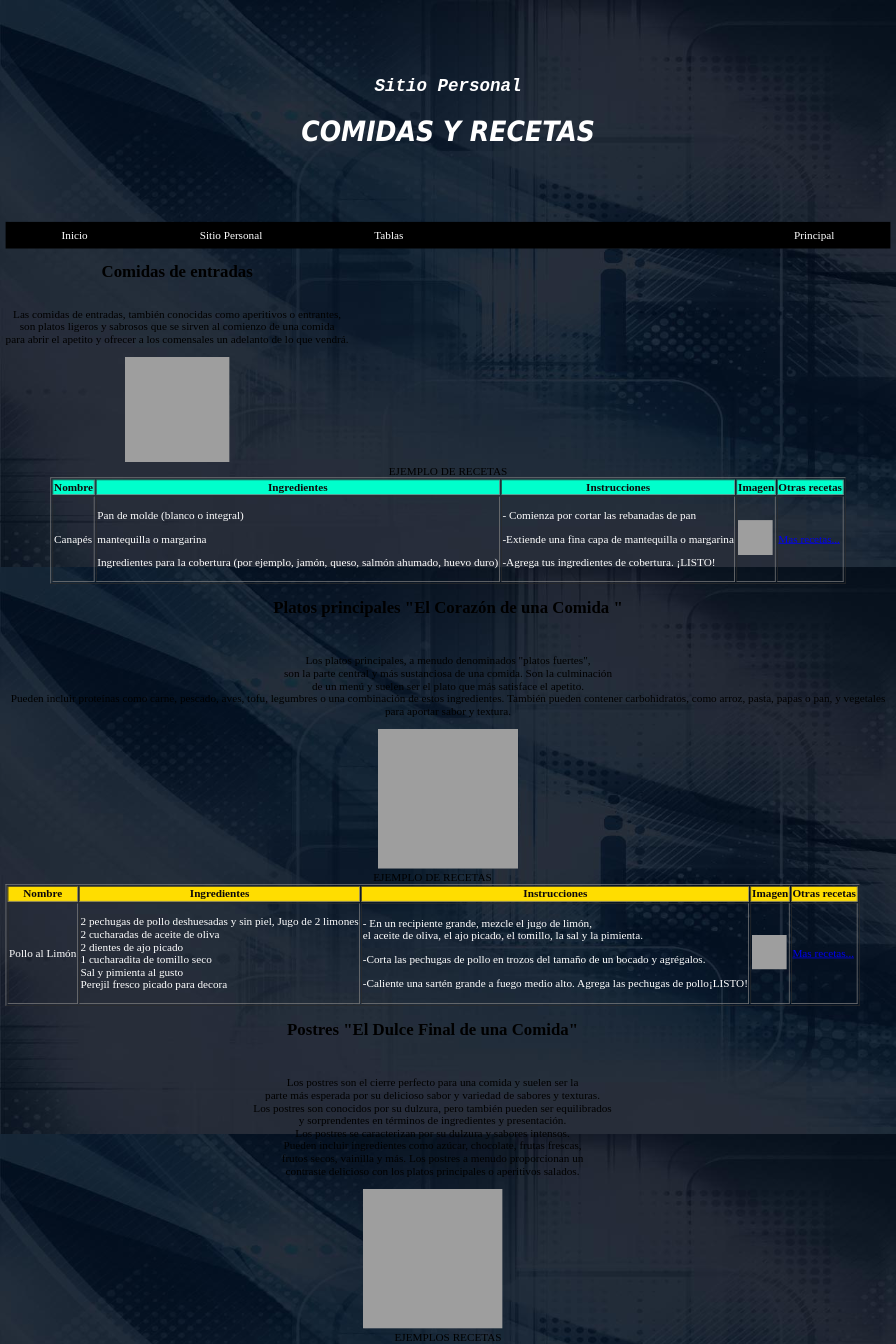
Repository: Dogueen/miniProyectoUniversidad
Page: miniProyecto/pages/personal.html
An editor plug-in stored every save of this project. The page is shown before and after the next save, followed by the edit.
The browser window is 1280 px wide. The pictures show the part of the page from y = 0 to 1920 px (the page is 2681 px tall before and 2721 px after), at 70% of full size.
Pictures or frames that could not be fetched are drawn as grey boxes.

Above is the page before, as saved 2023-10-31 19:52:46.

### miniProyecto/pages/personal.html
<!DOCTYPE html>
<html lang="es">

<head>
    <title>Ejemplo de un Website</title>
    <meta charset="UTF-8">
    <meta name="viewport" content="width=device-width, initial-scale=1">
    <link rel="stylesheet" type="text/css" href="../styles/personal.css" />

    <style>
    </style>
</head>

<body>

    <div class="header">
        <h2>Sitio Personal</h2>
        <h1> COMIDAS Y RECETAS </h1>
    </div>

    <div class="navbar">
        <a href="inicio.html">Inicio</a>
        <a href="personal.html">Sitio Personal</a>
        <a href="tablas.html">Tablas</a>
        <a href="../principal.html" class="right">Principal</a>
    </div>

    <div class="row">
        <center>
            <p style="color: #ffffff;">
            <h2>Comidas de entradas</h2><br>
            Las comidas de entradas, también conocidas como aperitivos o entrantes,<br>
            son platos ligeros y sabrosos que se sirven al comienzo de una comida<br>
            para abrir el apetito y ofrecer a los comensales un adelanto de lo que vendrá.</p>
            <img src="https://i.blogs.es/7f7b5d/tartaletas_salmon/1366_2000.jpg" alt="Imagen 1.1" width="150"
                height="150">
        </center>

        <center>
            <table border="1">
                <caption>EJEMPLO DE RECETAS </caption>
                <thead>
                    <tr style=" background-color: rgb(0, 255, 204); color: #0e0a0a
                ;">
                        <th>Nombre</th>
                        <th>Ingredientes</th>
                        <th>Instrucciones</th>
                        <th>Imagen</th>
                        <th>Otras recetas</th>
                    </tr>
                </thead>
                <tbody>
                    <tr style=" color: #ffffff ;">
                        <td>Canapés</td>
                        <td>
                            <p>Pan de molde (blanco o integral)</p>
                            <p>mantequilla o margarina</p>
                            <p>Ingredientes para la cobertura (por ejemplo, jamón, queso, salmón ahumado, huevo duro)
                            </p>
                        </td>
                        <td>
                            <p>- Comienza por cortar las rebanadas de pan</p>
                            <p>-Extiende una fina capa de mantequilla o margarina</p>
                            <p>-Agrega tus ingredientes de cobertura. ¡LISTO!</p>
                        </td>
                        <td>
                            <img src="https://i.blogs.es/7f7b5d/tartaletas_salmon/1366_2000.jpg"
                                alt="descripcion de la imagen" width="50" height="50">
                        </td>
                        <td><a href="https://www.recetasnestle.com.mx/categorias/entradas" target="_blank"> Mas
                                recetas...
                            </a></td>
                    </tr>
        </center>
        </tbody>
        </table>
        <p style="color: #ffffff;">
        <h2>Platos principales "El Corazón de una Comida " </h2><br></p>
        Los platos principales, a menudo denominados "platos fuertes", <br>
        son la parte central y más sustanciosa de una comida. Son la culminación<br>
        de un menú y suelen ser el plato que más satisface el apetito. <br>
        Pueden incluir proteínas como carne, pescado, aves, tofu, legumbres o una combinación
        de estos ingredientes. También pueden contener carbohidratos, como arroz, pasta, papas
        o pan, y vegetales para aportar sabor y textura.<br></p>
        <img src="https://e00-xlk-cooking-elmundo.uecdn.es/files/gallery_image_mobile_cover/uploads/2023/03/01/63fe8eb64f196.jpeg"
            alt="Imagen 1.2" width="200" height="200"></center>
        <center>
            <table border="1">
                <caption>EJEMPLO DE RECETAS </caption>
                <thead>
                    <tr style=" background-color: rgb(255, 221, 0); color: #0e0a0a
        ;">
                        <th>Nombre</th>
                        <th>Ingredientes</th>
                        <th>Instrucciones</th>
                        <th>Imagen</th>
                        <th>Otras recetas</th>
                    </tr>
                </thead>
                <tbody>
                    <tr style=" color: #ffffff ;">
                        <td>Pollo al Limón</td>
                        <td>
                            <p>2 pechugas de pollo deshuesadas y sin piel,
                                Jugo de 2 limones<br>
                                2 cucharadas de aceite de oliva<br>
                                2 dientes de ajo picado<br>
                                1 cucharadita de tomillo seco<br>
                                Sal y pimienta al gusto<br>
                                Perejil fresco picado para decora</p>
                        </td>
                        <td>
                            <p>- En un recipiente grande, mezcle el jugo de limón, <br>
                                el aceite de oliva, el ajo picado, el tomillo,
                                la sal y la pimienta.</p>
                            <p>-Corta las pechugas de pollo en trozos del tamaño de un bocado y agrégalos.</p>
                            <p>-Caliente una sartén grande a fuego medio alto. Agrega las pechugas de pollo¡LISTO!</p>
                        </td>
                        <td>
                            <img src="https://e00-xlk-cooking-elmundo.uecdn.es/files/gallery_image_mobile_cover/uploads/2023/03/01/63fe8eb64f196.jpeg"
                                alt="descripcion de la imagen" width="50" height="50">
                        </td>
                        <td><a href="https://www.kiwilimon.com/" target="_blank"> Mas recetas... </a></td>
                    </tr>
        </center>
        </tbody>
        </table>
        <p style="color: #ffffff;">
        <h2> Postres "El Dulce Final de una Comida" </h2><br></p>
        Los postres son el cierre perfecto para una comida y suelen ser la<br>
        parte más esperada por su delicioso sabor y variedad de sabores y texturas.<br>
        Los postres son conocidos por su dulzura, pero también pueden ser equilibrados<br>
        y sorprendentes en términos de ingredientes y presentación.<br>
        Los postres se caracterizan por su dulzura y sabores intensos. <br>
        Pueden incluir ingredientes como azúcar, chocolate, frutas frescas,<br>
        frutos secos, vainilla y más. Los postres a menudo proporcionan un <br>
        contraste delicioso con los platos principales o aperitivos salados. <br></p>
        <img src="https://encrypted-tbn0.gstatic.com/images?q=tbn:ANd9GcSTLHyBuC54ygGgMNCTqTwI--wxGFBsco3BFQ&usqp=CAU"
            alt="Imagen 1.3" width="200" height="200"></center>
        <center>
            <table border="1">
                <caption>EJEMPLOS RECETAS</caption>
                <thead>
                    <tr style=" background-color: rgb(248, 20, 195); color: #0e0a0a
    ;">
                        <th>Nombre</th>
                        <th>Ingredientes</th>
                        <th>Instrucciones</th>
                        <th>Imagen</th>
                        <th>Otras recetas</th>
                    </tr>
                </thead>
                <tbody>
                    <tr style=" color: #ffffff ;">
                        <td>Pollo al Limón</td>
                        <td>
                            <p>- 1 libra (aproximadamente 450 gramos) de fresas frescas<br>
                                - 1 taza (240 ml) de crema batida (puedes usar crema batida<br>
                                comprada en la tienda o hacer la tuya propia batiendo crema de leche con azúcar)<br>
                                - 2 cucharadas de azúcar (o al gusto)</p>
                        </td>
                        <td>
                            <p>- En un recipiente grande, mezcle el jugo de limón, <br>
                                el aceite de oliva, el ajo picado, el tomillo,
                                la sal y la pimienta.</p>
                            <p>-Caliente una sartén grande a fuego medio alto. Agrega las pechugas de pollo¡LISTO!</p>
                        </td>
                        <td>
                            <img src="https://encrypted-tbn0.gstatic.com/images?q=tbn:ANd9GcSTLHyBuC54ygGgMNCTqTwI--wxGFBsco3BFQ&usqp=CAU"
                                alt="descripcion de la imagen" width="50" height="50">
                        </td>
                        <td><a href="https://www.recetasnestle.com.mx/categorias/postres" target="_blank"> Mas
                                recetas...
                            </a></td>
                    </tr>
        </center>
        </tbody>
        </table>
        <p style="color: #ffffff;">
        <h3> Consejos de cocina </h3><br></p>
        <img src="https://cdn-icons-png.flaticon.com/512/6194/6194008.png" alt="Imagen 1.3" width="200" height="200">
        </center>
        <center>
            <table border="1">
                <caption>---------CONSEJOS---------</caption>
                <thead>
                    <tr style=" background-color: rgb(30, 246, 109); color: #0e0a0a
    ;">
                        <th>#</th>
                        <th>Consejo</th>
                        <th>Descripción</th>
                    </tr>
                </thead>
                <tbody>
                    <tr style=" color: #ffffff ;">
                        <td>1</td>
                        <td>Preparación antes de cocinar </td>
                        <td>Asegúrese de tener todos los ingredientes medidos y preparados </td>
                    </tr>
                    <tr style=" color: #ffffff ;">
                        <td>2</td>
                        <td>Sabor y ajustes constantes </td>
                        <td>Prueba tus mientras comidas cocinas y ajusta los sabores </td>
                    </tr>
                    <tr style=" color: #ffffff ;">
                        <td>3</td>
                        <td>No abras la tapa con frecuencia </td>
                        <td> Cada vez que la abre, el calor <br>
                            y el vapor se escapan, lo que puede afectar el tiempo de cocción </td>
                    </tr>
                    <tr style=" color: #ffffff ;">
                        <td>4</td>
                        <td>Cocina a la temperatura correcta </td>
                        <td>Aprende a controlar y mantener la temperatura adecuada al cocinar. </td>
                    </tr>
                    <tr style=" color: #ffffff ;">
                        <td>5</td>
                        <td>Limpieza mientras cocinas </td>
                        <td>Mantenga un espacio de cocina limpio a medida que cocinas. </td>
                    </tr>
        </center>
        </tbody>
        </table>

        <p>
            <center>
                <h1> Para mayor información </h1>
            </center>
        </p>
        <a href="https://www.hogar.mapfre.es/cocina/" target="_blank"> Vista... </a>
</body>

</div>

</html>

### miniProyecto/styles/personal.css
body {
    background-image: url("../images/bg-img.jpg");
}

.header {
    padding: 80px;
    text-align: center;
    color: white;
}

.header h1 {
    font-size: 40px;
    font-style: italic;
    font-family: Tahoma;
}

.header h2 {
    font-size: 25px;
    font-style: italic;
    font-family: monospace;
}

.header dl {
    font-size: 12px;
    font-style: italic;
    font-family: Verdana, Geneva, Tahoma, sans-serif;
}

.navbar {
    overflow: hidden;
    background-color: #000000;
}

.navbar a {
    float: left;
    display: block;
    color: white;
    text-align: center;
    padding: 10px 80px;
    text-decoration: none;
}

.navbar a:hover {
    background-color: #ddd;
    color: black;
}

.navbar a.right {
    float: right;
}

* {
    box-sizing: border-box;
}

.row {
    display: flex;
    flex-wrap: wrap;
}

.side {
    flex: 30%;
    background-color: #f1f1f12a;
    padding: 20px;
}

.main {
    flex: 70%;
    background-color: #f1f1f12a;
    padding: 20px;
}

@media screen and (max-width: 700px) {
    .row {
        flex-direction: column;
    }
}

@media screen and (max-width: 400px) {
    .navbar a {
        float: none;
        width: 100%;
    }
}

After the next save:
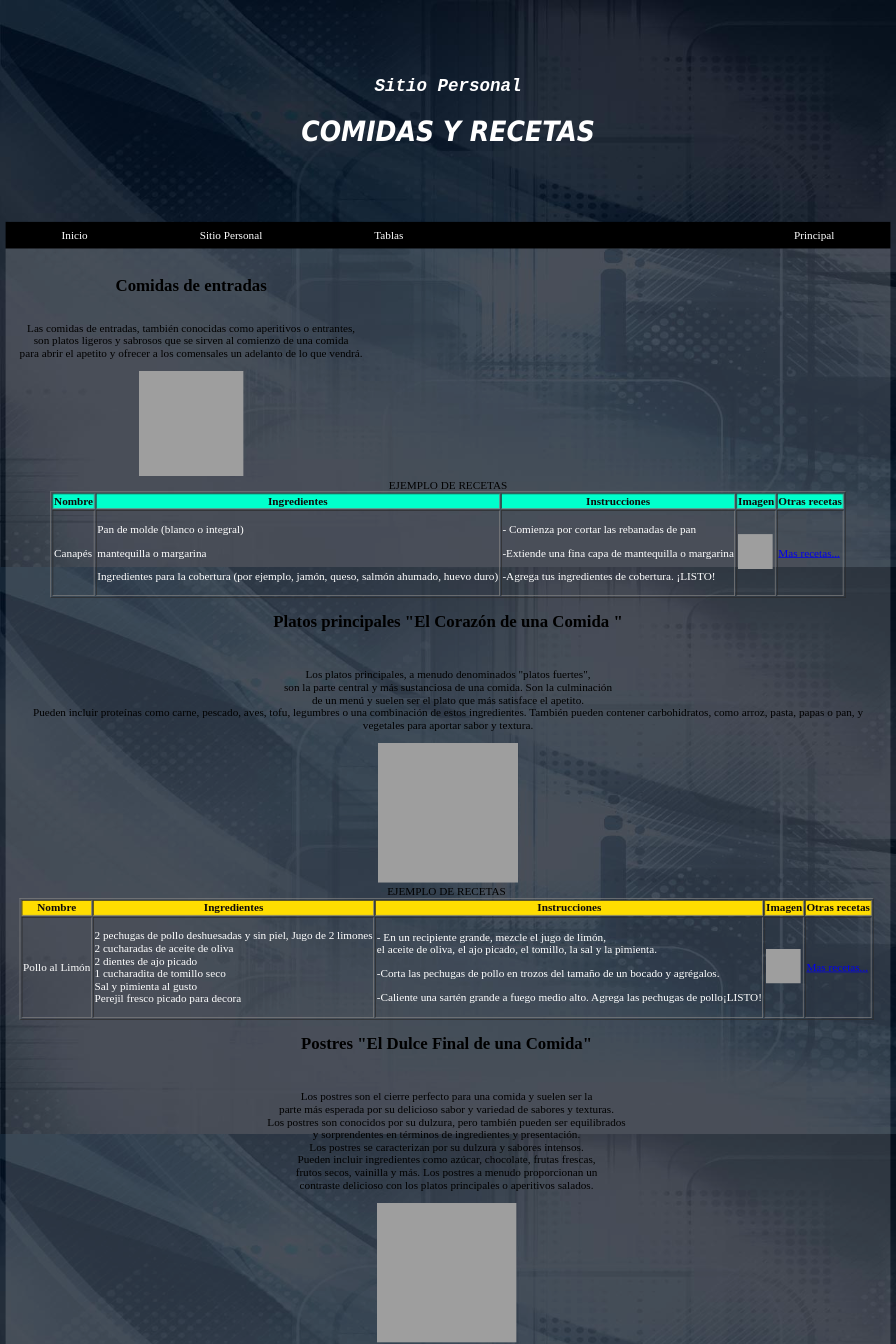
Saved 59 s later.
--- a/miniProyecto/styles/personal.css
+++ b/miniProyecto/styles/personal.css
@@ -56,12 +56,13 @@ body {
 .row {
     display: flex;
     flex-wrap: wrap;
+    background-color: #f1f1f12a;
+    padding: 20px;
 }
 
 .side {
     flex: 30%;
-    background-color: #f1f1f12a;
-    padding: 20px;
+
 }
 
 .main {
